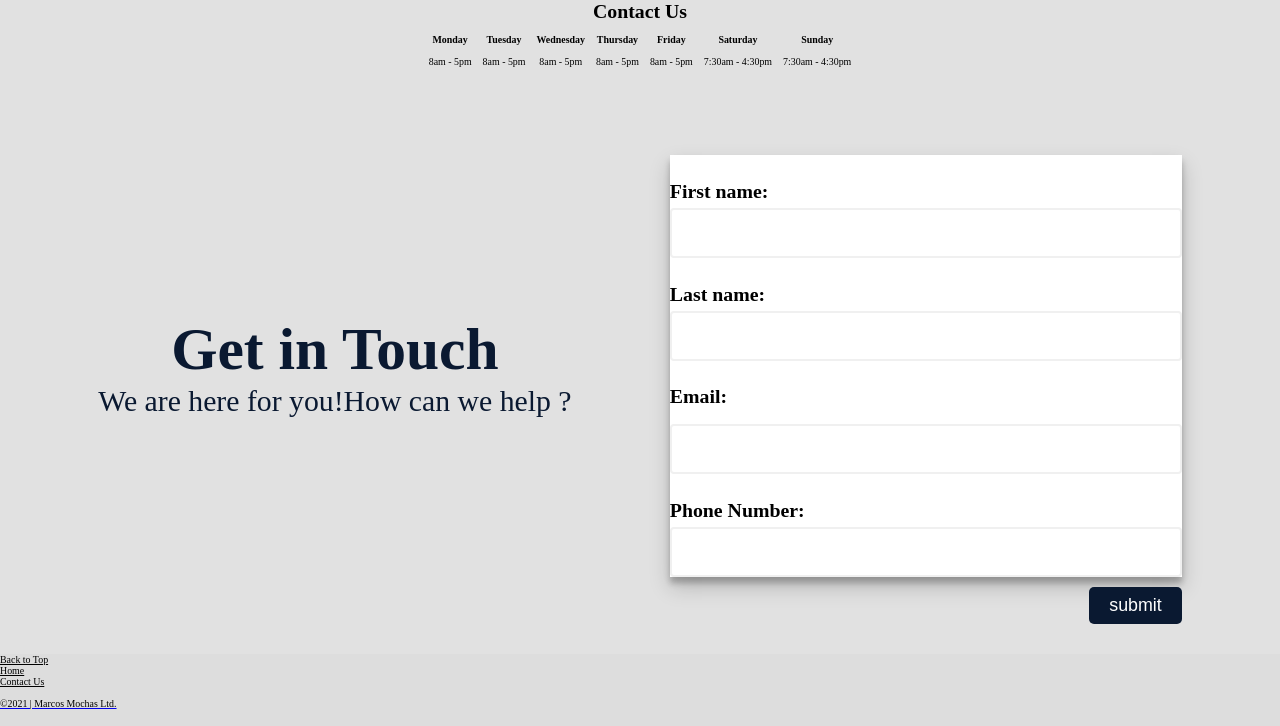
Repository: CAMPSLOPY/marcos-mochas
Page: HTML/contact.html
These files come from the project's save history. The page is drawn as it stood at one moment and after a run of saves; the edit follows.
The browser window is 1280 px wide. The pictures show the whole page.

Above is the page before, as saved 2021-07-02 19:25:06.

After the next 4 saves:
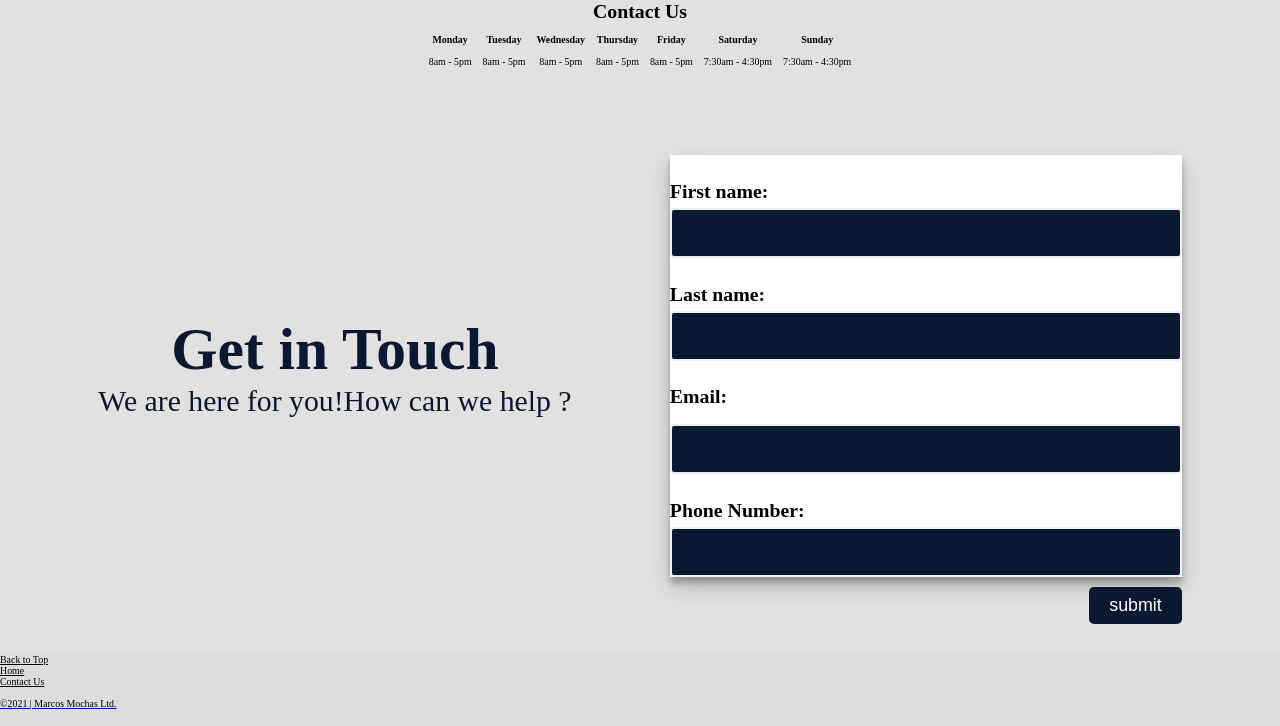
The 4 saves are shown as one change because they came seconds apart.
The last was saved 12 s later.
--- a/CSS/contact.css
+++ b/CSS/contact.css
@@ -80,6 +80,7 @@
     font-size: 14px;
     padding: 15px;
     outline: none;
+    background: #0A1931;
 
 }
 

After the save that followed:
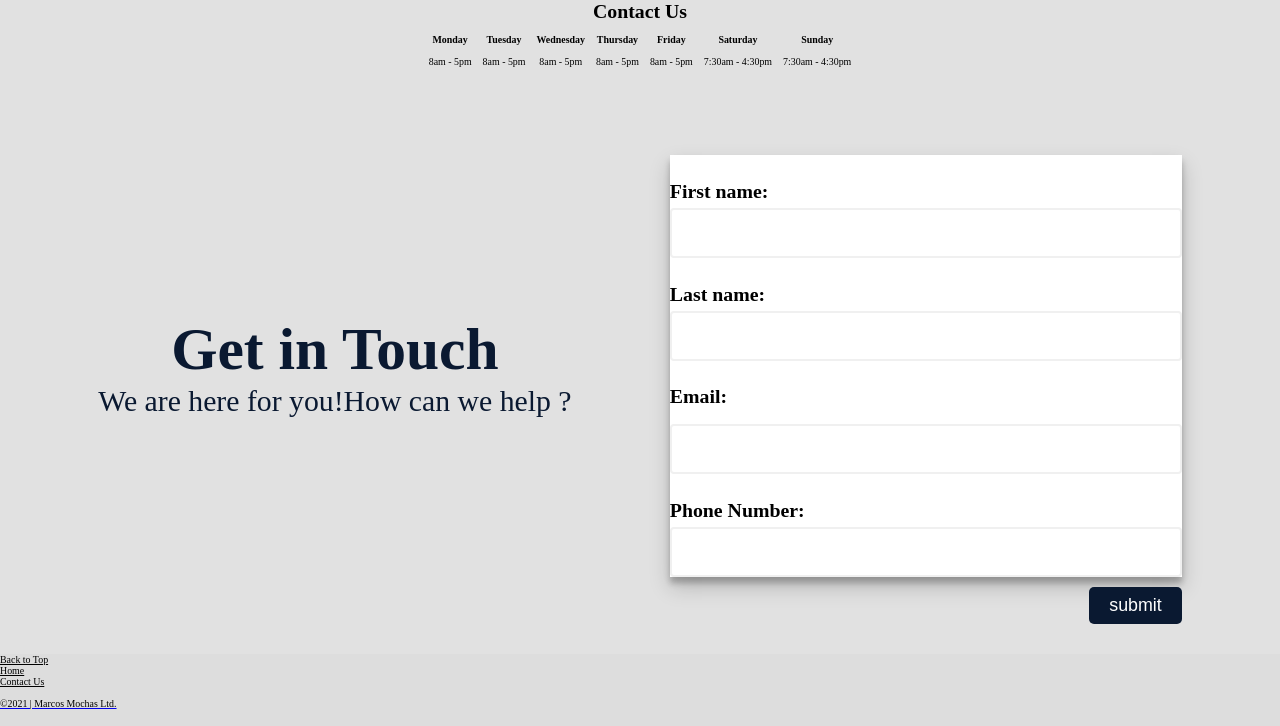
Saved 8 s later.
--- a/CSS/contact.css
+++ b/CSS/contact.css
@@ -80,7 +80,6 @@
     font-size: 14px;
     padding: 15px;
     outline: none;
-    background: #0A1931;
 
 }
 
